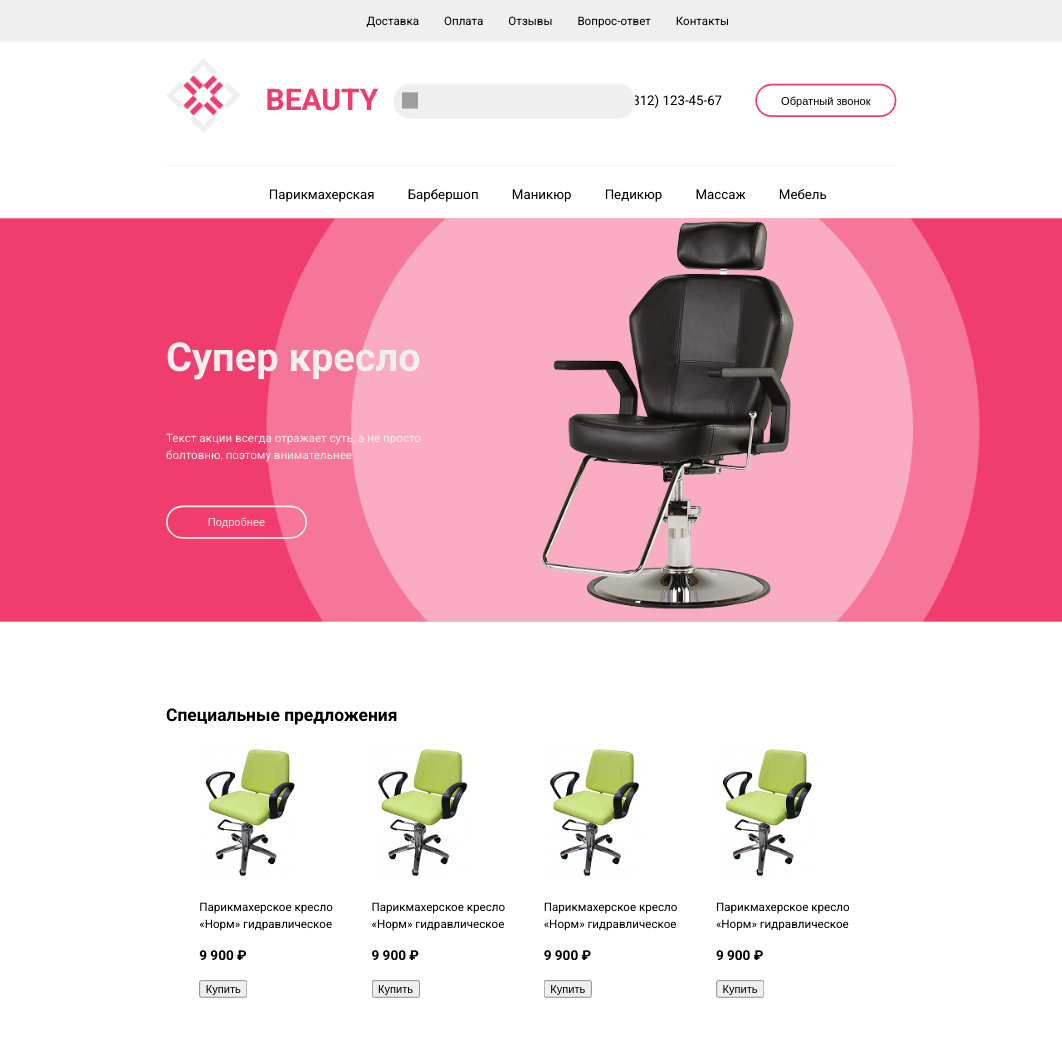
Repository: savannaaaas/verstka
Page: index.html
The author's editor kept a copy of each file at every save. The page is drawn from the files as they stood at one save, then again after the next save.
The browser window is 1280 px wide. The pictures show the whole page, at 83% of full size.
Pictures or frames that could not be fetched are drawn as grey boxes. Some web fonts or font styles are not loaded; a fallback is used.

Above is the page before, as saved 2025-04-16 10:42:54.

### index.html
<!DOCTYPE html>
<html lang="en">
<head>
    <meta charset="UTF-8">
    <meta name="viewport" content="width=device-width, initial-scale=1.0">
    <title>Figma</title>
    <link rel="preconnect" href="https://fonts.googleapis.com">
    <link rel="preconnect" href="https://fonts.gstatic.com" crossorigin>
    <link href="https://fonts.googleapis.com/css2?family=Istok+Web:ital,wght@0,400;0,700;1,400;1,700&family=Italiana&family=Jura:wght@300..700&family=Roboto:ital,wght@0,100..900;1,100..900&display=swap" rel="stylesheet">
    <link rel="stylesheet" href="style.css">
</head>
<body>
    <div class="content">
        <div class="top-line">
            <ul>
                <li>Доставка</li>
                <li>Оплата</li>
                <li>Отзывы</li>
                <li>Вопрос-ответ</li>
                <li>Контакты</li>
            </ul>
        </div>
        <div class="second-line">
            <div class="second-line-content">
                <div class="logo">
                    <img alt="logo" src="logo.png">
                    <h1>BEAUTY</h1>
                </div>
            <div class="search">
                <input class="search">
                <img alt="search" src="search.png">
            </div>
            <div class="contact">
                <p>8 (812) 123-45-67</p>
                <button>Обратный звонок</button>
            </div>
        </div>
            <hr class="line">
            <div class="service">
                <ul>
                    <li>Парикмахерская</li>
                    <li>Барбершоп</li>
                    <li>Маникюр</li>
                    <li>Педикюр</li>
                    <li>Массаж</li>
                    <li>Мебель</li>
                </ul>
            </div>
        </div>
        <div class="sale">
            <div class="text-armchair">
                <h1>Супер кресло</h1>
                <p>Текст акции всегда отражает суть, а не просто болтовню, поэтому внимательнее</p>
                <button>Подробнее</button>
            </div>
            <img class="elipse1" alt="elipse" src="elipse1.png">
            <img class="elipse2" alt="elipse" src="ellipse2.png">
            <img class="chair" alt="chair" src="armchairs.png">
        </div>
        <div class="goods">
            <h2>Специальные предложения</h2>
            <div class="armChairsGreen">
                <div class="armchair1">
                    <img alt="armchair" src="greenArmchair.png">
                    <p class="text-greenArmchair">Парикмахерское кресло «Норм» гидравлическое</p>
                    <h3>9 900 ₽</h3>
                    <button>Купить</button>
                </div>
                <div class="armchair2">
                    <img alt="armchair" src="greenArmchair.png">
                    <p class="text-greenArmchair">Парикмахерское кресло «Норм» гидравлическое</p>
                    <h3>9 900 ₽</h3>
                    <button>Купить</button>
                </div>
                <div class="armchair3">
                    <img alt="armchair" src="greenArmchair.png">
                    <p class="text-greenArmchair">Парикмахерское кресло «Норм» гидравлическое</p>
                    <h3>9 900 ₽</h3>
                    <button>Купить</button>
                </div>
                <div class="armchair4">
                    <img alt="armchair" src="greenArmchair.png">
                    <p class="text-greenArmchair">Парикмахерское кресло «Норм» гидравлическое</p>
                    <h3>9 900 ₽</h3>
                    <button>Купить</button>
                </div>
            </div>

        </div>

    </div>
</body>
</html>

### style.css
body {
    min-height: 100vh;
    max-width: 1920px;
    margin: 0 auto;
    scroll-behavior: smooth;
    text-rendering: optimizeSpeed;
    line-height: 1.5;
    padding: 0;
    font-family: "Roboto", sans-serif;
    font-weight: 400;
    font-style: normal;
    font-size: 14px;

  }
  .top-line{
    display: flex;
    background-color: #EFEFEF;
    height: 50px;
    align-items: center;
    justify-content: center;

  }
   .top-line ul{
    display: flex;
    list-style: none;
    flex-wrap: nowrap;
    gap: 30px;
   }
   .second-line{
    display: flex;
    margin: 0 auto;
    align-items: center;
    flex-direction: column;
    padding: 0px 200px;

   }
   .second-line-content{
    width: 100%;
    height: 100%;
    display: flex;
    margin: 0 auto;
    align-items: center;
  justify-content: space-between;
  padding: 20px 0;
   }

.logo{
    display: flex;
    flex-wrap: nowrap;
    gap: 30px;
   }
.logo img{
    width: 90px;
    height: 90px;
}
 .logo h1{
    font-size: 36px;
    color: #F13C6E;
   }

   .search {
    position: relative;
    width: 250px;
    height: 40px;
  }

  .search input {
    border-radius: 40px;
    width: 100%;
    height: 100%;
    border: none;
    background-color: #EFEFEF;
    padding-left: 40px;
  }

  .search img {
    position: absolute;
    left: 10px;
    top: 50%;
    transform: translateY(-50%);
    width: 20px;
    height: 20px;
    pointer-events: none;
  }
  .contact{
    display: flex;
    gap: 40px;
    align-items: center;

  }
  .contact p{
    font-size: 16px;
  }
  .contact button{
    width: 170px;
    height: 40px;
    border: 2px solid #F13C6E;
    border-radius: 40px;
    background: transparent;
  }
hr{
    width: 100%;
    border: none;
    border-top: 1px solid #EFEFEF;
}
.service ul{
    display: flex;
    list-style: none;
    flex-wrap: nowrap;
    gap: 40px;
    font-size: 16px;
   }
   .sale{
    display: flex;
    position: relative;
    background-color: #F13C6E;
    justify-content: space-between;
    align-items: center;
    padding: 100px 200px;
    /**/
    overflow: hidden;
   }

   .elipse1 {
    position: absolute;
    right: 100px;
    top: 50%;
    transform: translateY(-50%);
    z-index: 0;
  }

  .elipse2 {
    position: absolute;
    right: 180px;
    top: 50%;
    transform: translateY(-50%);
    z-index: 1;
  }

  .chair {
    position: absolute;
    right: 180px;
    top: 50%;
    transform: translateY(-50%);
    z-index: 2;
  }

  .text-armchair {
    z-index: 3;
    max-width: 350px;
    color: #EFEFEF;
  }

   .text-armchair h1{
    font-size: 48px;
    color: #EFEFEF;
   }
   .text-armchair p{
    font-size: 14px;
    color: #EFEFEF;
    margin: 50px 0;
   }
   .text-armchair button{
    width: 170px;
    height: 40px;
   background: transparent;
   border-radius: 40px;
   border: 2px solid #EFEFEF;
   color: #EFEFEF;
   }
   .goods{
    padding: 80px 200px;
   }
   .armChairsGreen{
   display: flex;
   justify-content: center;
   align-items: center;
   flex-direction: row;
   gap: 30px;
   padding: 0px 40px;
   }

After the next save:
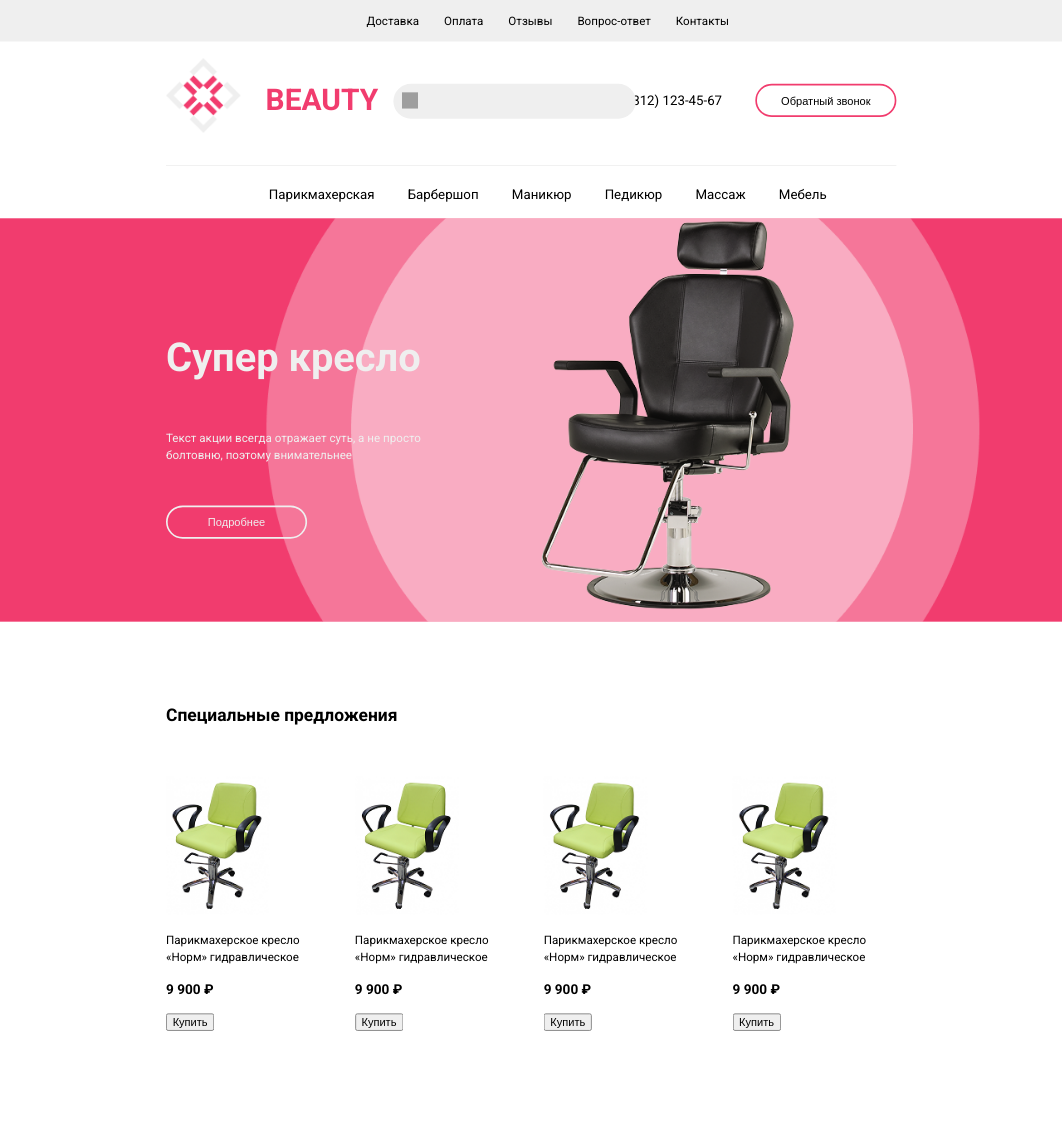
Saved 11 s later.
--- a/style.css
+++ b/style.css
@@ -177,5 +177,5 @@
    align-items: center;
    flex-direction: row;
    gap: 30px;
-   padding: 0px 40px;
+   padding: 40px 0px;
    }
